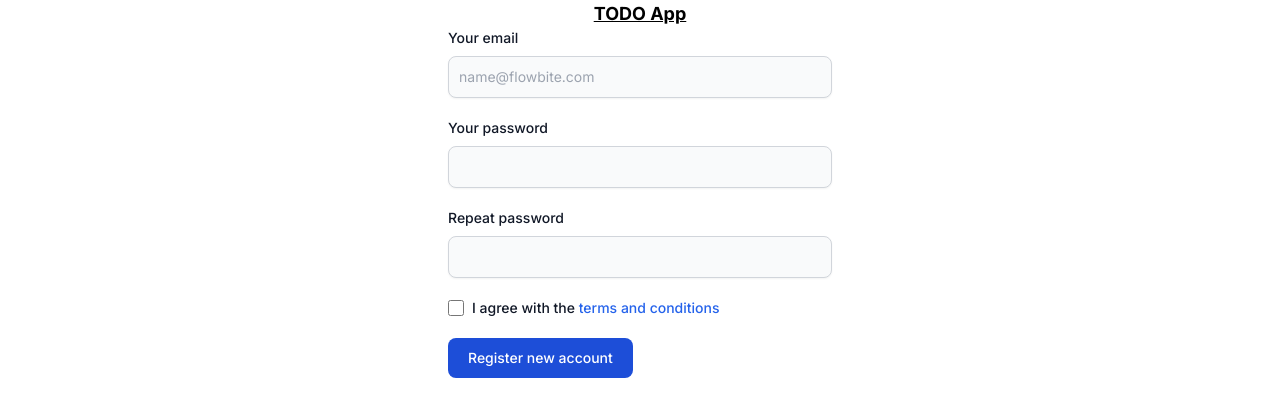
Repository: fatimash2123/next-todo
Page: /todo
These files come from the project's save history. The page is drawn as it stood at one moment and after the next save; the edit follows.
The browser window is 1280 px wide. The pictures show the whole page.
The project was rebuilt for these pictures with package versions that can differ from the ones it lists, and the page was loaded fresh each time. The framework's server and built-in components were replaced by stand-ins that run in the browser. Also part of the build but not shown: next.config.mjs.

Above is the page before, as saved 2024-02-13 11:04:40.

### app/todo/page.tsx
import React from "react";
import AddTodo from "../components/AddTodo";

const Todo = function () {
  return (
    <div className="h-screen w-full">
      <h1 className="font-bold text-lg text-center text-3xl underline">
        TODO App
      </h1>
      <AddTodo />
    </div>
  );
};

export default Todo;

### app/components/AddTodo.tsx
const AddTodo = function () {
  return (
    <form className="max-w-sm mx-auto">
      <div className="mb-5">
        <label
          htmlFor="email"
          className="block mb-2 text-sm font-medium text-gray-900 dark:text-white"
        >
          Your email
        </label>
        <input
          type="email"
          id="email"
          className="shadow-sm bg-gray-50 border border-gray-300 text-gray-900 text-sm rounded-lg focus:ring-blue-500 focus:border-blue-500 block w-full p-2.5 dark:bg-gray-700 dark:border-gray-600 dark:placeholder-gray-400 dark:text-white dark:focus:ring-blue-500 dark:focus:border-blue-500 dark:shadow-sm-light"
          placeholder="name@flowbite.com"
          required
        />
      </div>
      <div className="mb-5">
        <label
          htmlFor="password"
          className="block mb-2 text-sm font-medium text-gray-900 dark:text-white"
        >
          Your password
        </label>
        <input
          type="password"
          id="password"
          className="shadow-sm bg-gray-50 border border-gray-300 text-gray-900 text-sm rounded-lg focus:ring-blue-500 focus:border-blue-500 block w-full p-2.5 dark:bg-gray-700 dark:border-gray-600 dark:placeholder-gray-400 dark:text-white dark:focus:ring-blue-500 dark:focus:border-blue-500 dark:shadow-sm-light"
          required
        />
      </div>
      <div className="mb-5">
        <label
          htmlFor="repeat-password"
          className="block mb-2 text-sm font-medium text-gray-900 dark:text-white"
        >
          Repeat password
        </label>
        <input
          type="password"
          id="repeat-password"
          className="shadow-sm bg-gray-50 border border-gray-300 text-gray-900 text-sm rounded-lg focus:ring-blue-500 focus:border-blue-500 block w-full p-2.5 dark:bg-gray-700 dark:border-gray-600 dark:placeholder-gray-400 dark:text-white dark:focus:ring-blue-500 dark:focus:border-blue-500 dark:shadow-sm-light"
          required
        />
      </div>
      <div className="flex items-start mb-5">
        <div className="flex items-center h-5">
          <input
            id="terms"
            type="checkbox"
            value=""
            className="w-4 h-4 border border-gray-300 rounded bg-gray-50 focus:ring-3 focus:ring-blue-300 dark:bg-gray-700 dark:border-gray-600 dark:focus:ring-blue-600 dark:ring-offset-gray-800 dark:focus:ring-offset-gray-800"
            required
          />
        </div>
        <label
          htmlFor="terms"
          className="ms-2 text-sm font-medium text-gray-900 dark:text-gray-300"
        >
          I agree with the{" "}
          <a
            href="#"
            className="text-blue-600 hover:underline dark:text-blue-500"
          >
            terms and conditions
          </a>
        </label>
      </div>
      <button
        type="submit"
        className="text-white bg-blue-700 hover:bg-blue-800 focus:ring-4 focus:outline-none focus:ring-blue-300 font-medium rounded-lg text-sm px-5 py-2.5 text-center dark:bg-blue-600 dark:hover:bg-blue-700 dark:focus:ring-blue-800"
      >
        Register new account
      </button>
    </form>
  );
};

export default AddTodo;

### tailwind.config.js
/** @type {import('tailwindcss').Config} */
module.exports = {
  content: [
    "./app/**/*.{js,ts,jsx,tsx,mdx}",
    "./components/**/*.{js,ts,jsx,tsx,mdx}",
  ],
  theme: {
    extend: {},
  },
  plugins: [],
}

Loaded but not shown: app/layout.tsx (common file); app/globals.css (common file)

After the next save:
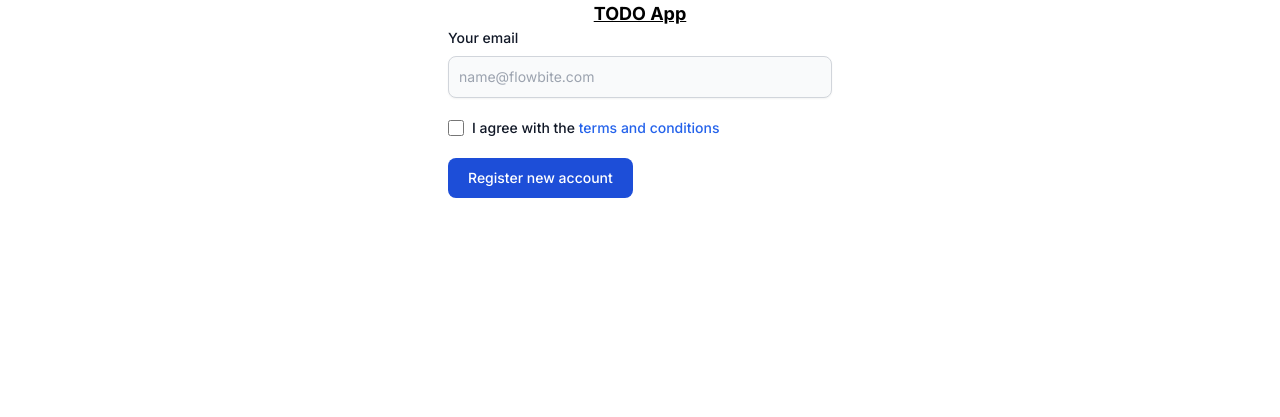
Saved 24 s later.
--- a/app/components/AddTodo.tsx
+++ b/app/components/AddTodo.tsx
@@ -16,34 +16,7 @@ const AddTodo = function () {
           required
         />
       </div>
-      <div className="mb-5">
-        <label
-          htmlFor="password"
-          className="block mb-2 text-sm font-medium text-gray-900 dark:text-white"
-        >
-          Your password
-        </label>
-        <input
-          type="password"
-          id="password"
-          className="shadow-sm bg-gray-50 border border-gray-300 text-gray-900 text-sm rounded-lg focus:ring-blue-500 focus:border-blue-500 block w-full p-2.5 dark:bg-gray-700 dark:border-gray-600 dark:placeholder-gray-400 dark:text-white dark:focus:ring-blue-500 dark:focus:border-blue-500 dark:shadow-sm-light"
-          required
-        />
-      </div>
-      <div className="mb-5">
-        <label
-          htmlFor="repeat-password"
-          className="block mb-2 text-sm font-medium text-gray-900 dark:text-white"
-        >
-          Repeat password
-        </label>
-        <input
-          type="password"
-          id="repeat-password"
-          className="shadow-sm bg-gray-50 border border-gray-300 text-gray-900 text-sm rounded-lg focus:ring-blue-500 focus:border-blue-500 block w-full p-2.5 dark:bg-gray-700 dark:border-gray-600 dark:placeholder-gray-400 dark:text-white dark:focus:ring-blue-500 dark:focus:border-blue-500 dark:shadow-sm-light"
-          required
-        />
-      </div>
+
       <div className="flex items-start mb-5">
         <div className="flex items-center h-5">
           <input
